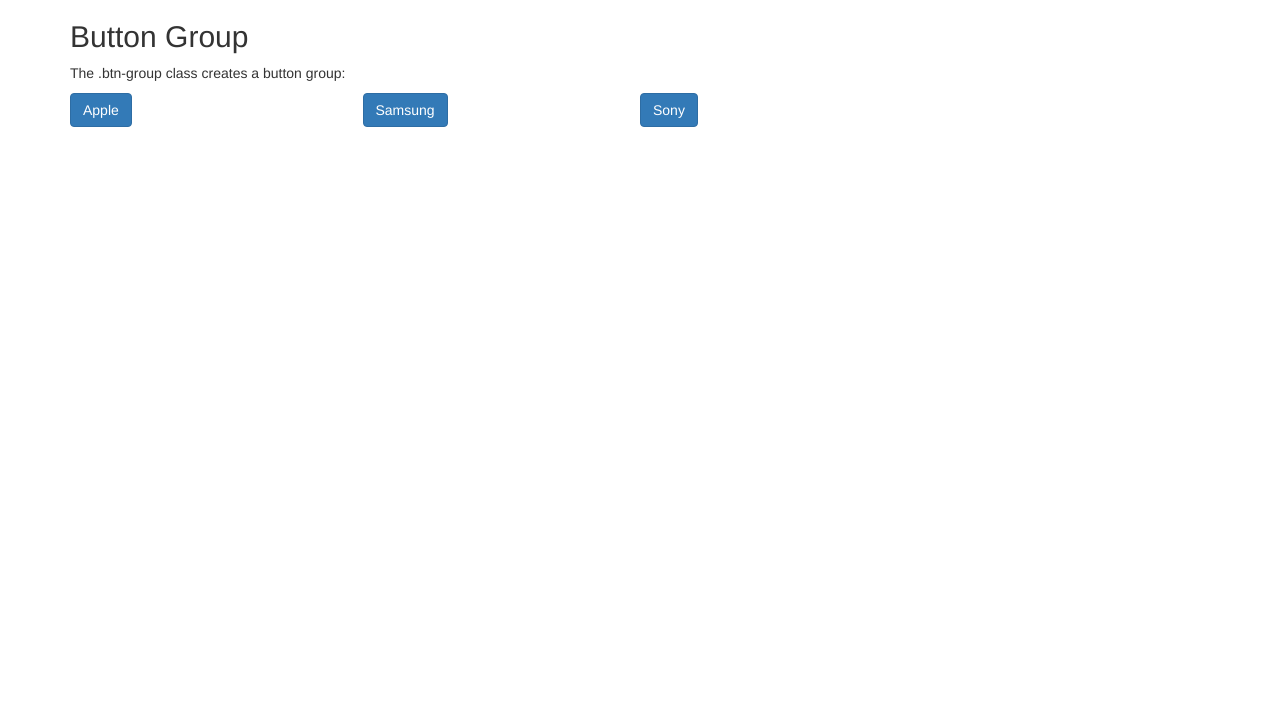
Repository: rsusolutions/RSU-Website
Page: quiz/index2.html
These files come from the project's save history. The page is drawn as it stood at one moment and after the next save; the edit follows.
The browser window is 1280 px wide. The pictures show the whole page.

Above is the page before, as saved 2020-04-21 13:37:08.

After the next save:
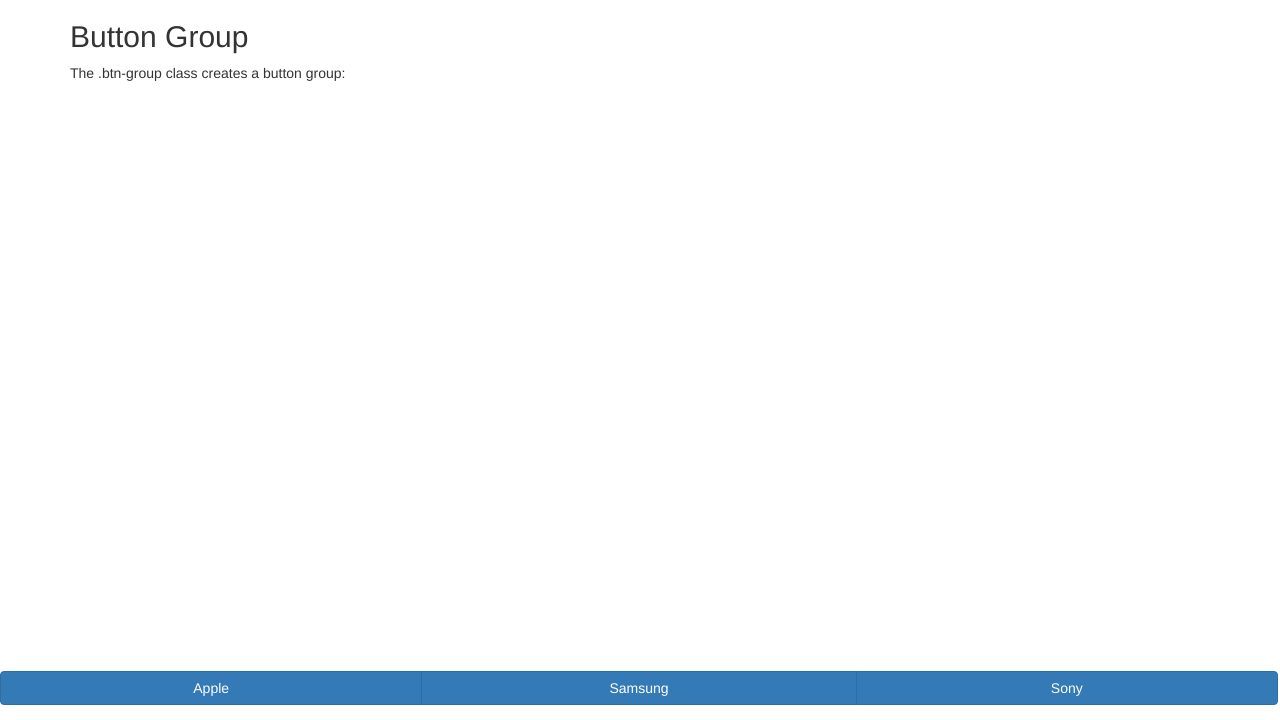
Saved 70 s later.
--- a/quiz/index2.html
+++ b/quiz/index2.html
@@ -9,26 +9,22 @@
   <script src="https://maxcdn.bootstrapcdn.com/bootstrap/3.4.1/js/bootstrap.min.js"></script>
 </head>
 <style>
-
+    .btn-group {
+  position: absolute;
+  right: 15px;
+  bottom: 15px;
+}
 </style>
 <body>
 
 <div class="container">
   <h2>Button Group</h2>
   <p>The .btn-group class creates a button group:</p>
-  <div class="row">
-    <div class="col-sm-3">
-      <button type="button "  class="btn btn-primary  ">Apple</button>
-    </div>
-    <div class="col-sm-3">
-      <button type="button"  class="btn btn-primary ">Samsung</button>
-    </div>
-    <div class="col-sm">
-      <button type="button"  class="btn btn-primary ">Sony</button>
-    </div>
+  <div class="btn-group btn-block row">
+    <button type="button " style="width: 33%;" class="btn btn-primary ">Apple</button>
+    <button type="button" style="width: 34%;" class="btn btn-primary ">Samsung</button>
+    <button type="button" style="width: 33%;" class="btn btn-primary ">Sony</button>
   </div>
-
-
 </div>
 
 </body>
